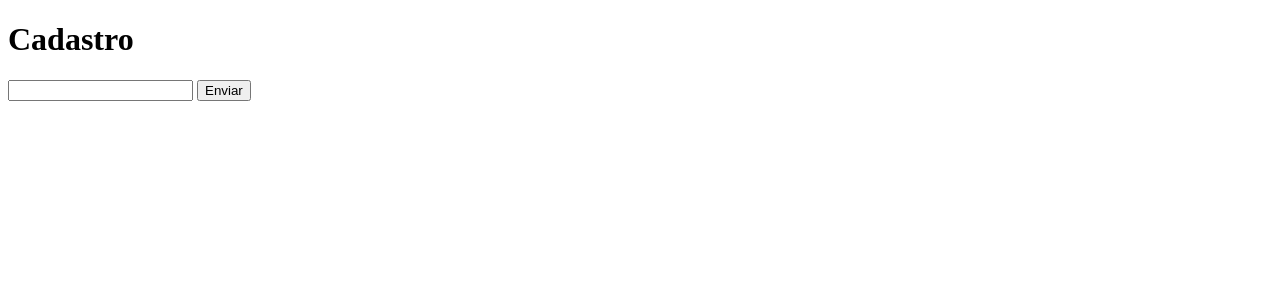
Repository: joaobatistafrontend/email
Page: template/email.html
These files come from the project's save history. The page is drawn as it stood at one moment and after a run of saves; the edit follows.
The browser window is 1280 px wide. The pictures show the whole page.

Above is the page before, as saved 2024-09-07 23:01:38.

### template/email.html
<!DOCTYPE html>
<html lang="en">
<head>
    <meta charset="UTF-8">
    <meta name="viewport" content="width=device-width, initial-scale=1.0">
    <title>Document</title>
</head>
<body>
    <h1>Cadastro</h1>
    <form method="POST">
        <input type="text" name="nome" id="nome_id">
        <input type="submit" value="Enviar">
    </form>

</body>
</html>

After the next 2 saves:
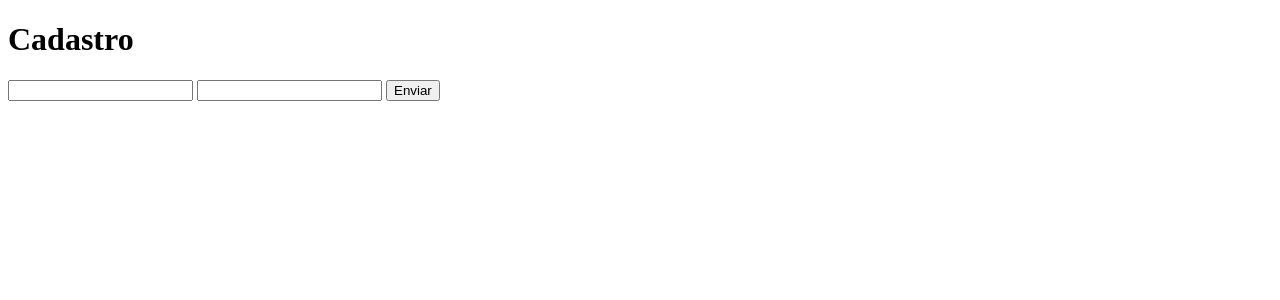
The 2 saves are shown as one change because they came seconds apart.
The last was saved 7 s later.
--- a/template/email.html
+++ b/template/email.html
@@ -9,6 +9,8 @@
     <h1>Cadastro</h1>
     <form method="POST">
         <input type="text" name="nome" id="nome_id">
+        <input type="text" name="nome" id="nome_id">
+
         <input type="submit" value="Enviar">
     </form>
 
